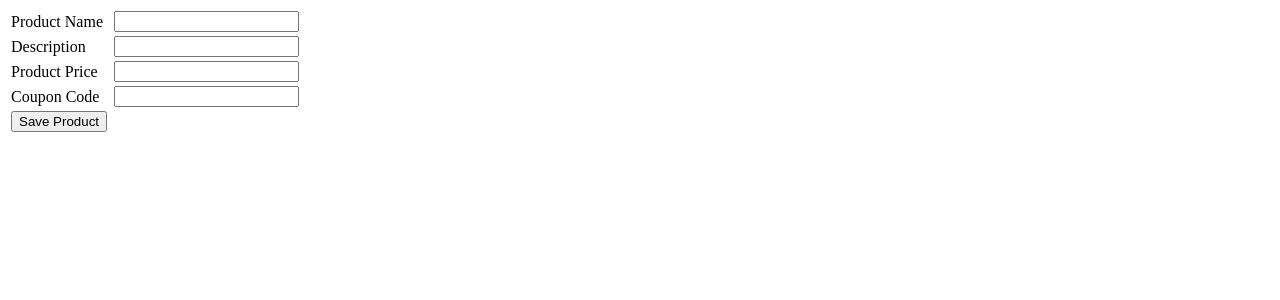
Repository: payal033/Java-Servlets-JSP
Page: http://localhost/FinalProject/createProduct.jsp
The author's editor kept a copy of each file at every save. The page is drawn from the files as they stood at one save, then again after the next save.
The browser window is 1280 px wide. The pictures show the whole page.
The page is served by Tomcat 9.

Above is the page before, as saved 2022-05-30 17:52:14.

After the next save:
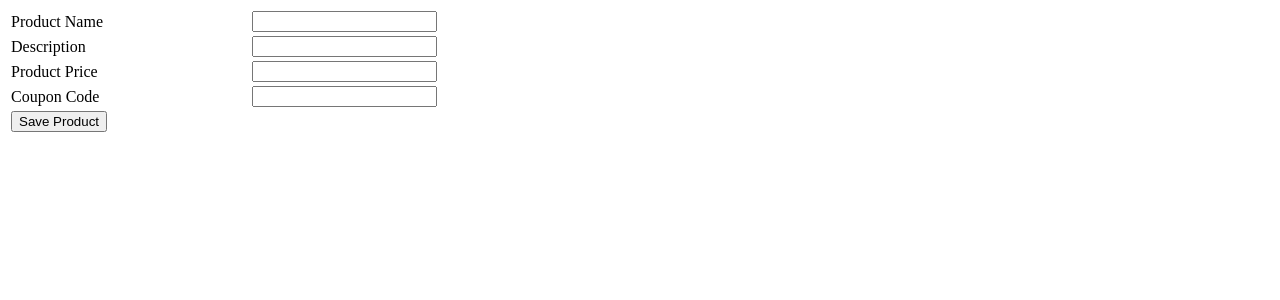
Saved 11 s later.
--- a/FinalProject/WebContent/createProduct.jsp
+++ b/FinalProject/WebContent/createProduct.jsp
@@ -8,7 +8,7 @@
 </head>
 <body>
 <form method="post" action="">
-		<table width="300">
+		<table width="700">
 			<tr>
 			<td>Product Name</td>
 			<td><input type="text" name="productName" ></td>
